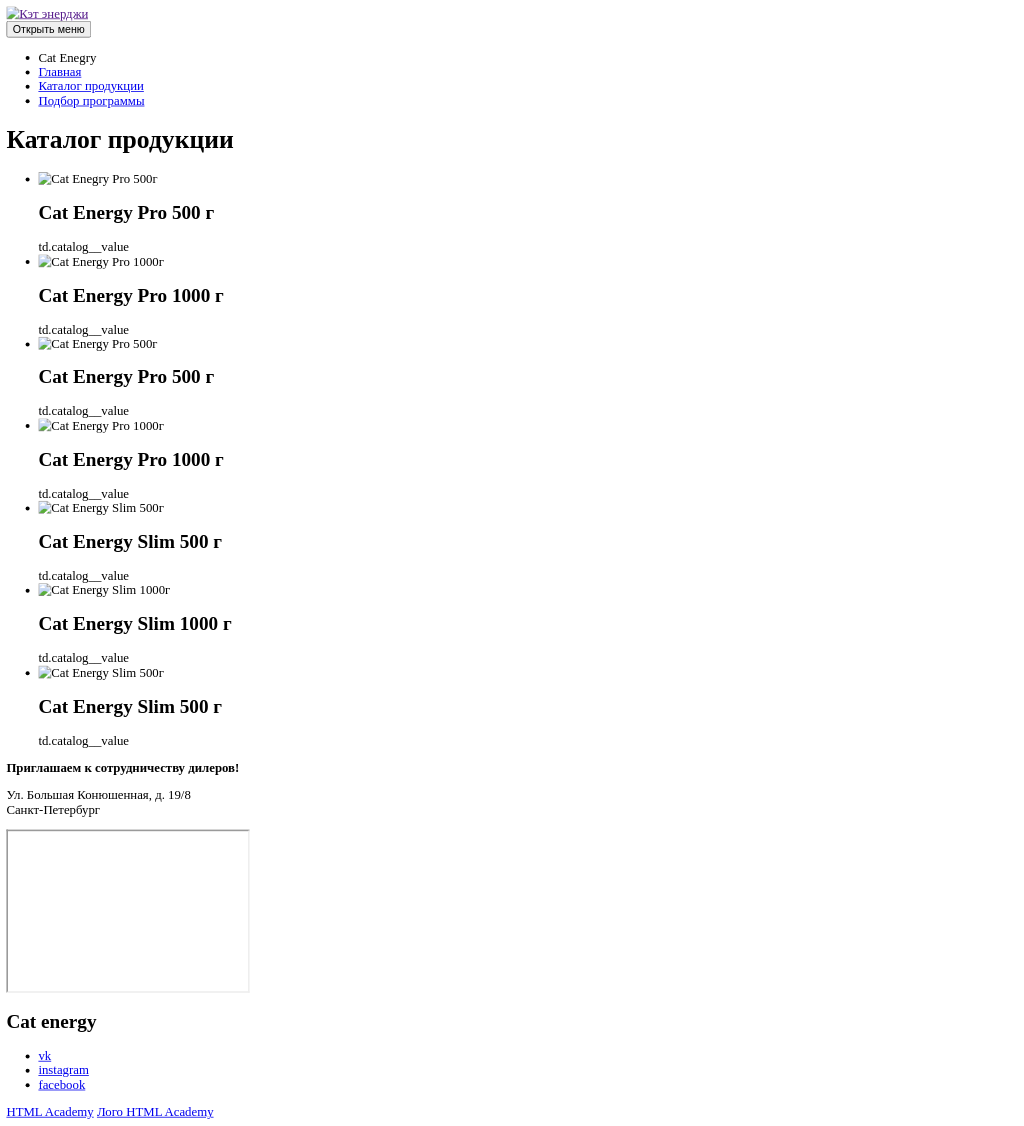
Repository: infernotw/1054987-cat-energy-17
Page: source/catalog.html
The author's editor kept a copy of each file at every save. The page is drawn from the files as they stood at one save, then again after the next save.
The browser window is 1280 px wide. The pictures show the whole page, at 80% of full size.

Above is the page before, as saved 2019-07-17 05:13:03.

After the next save:
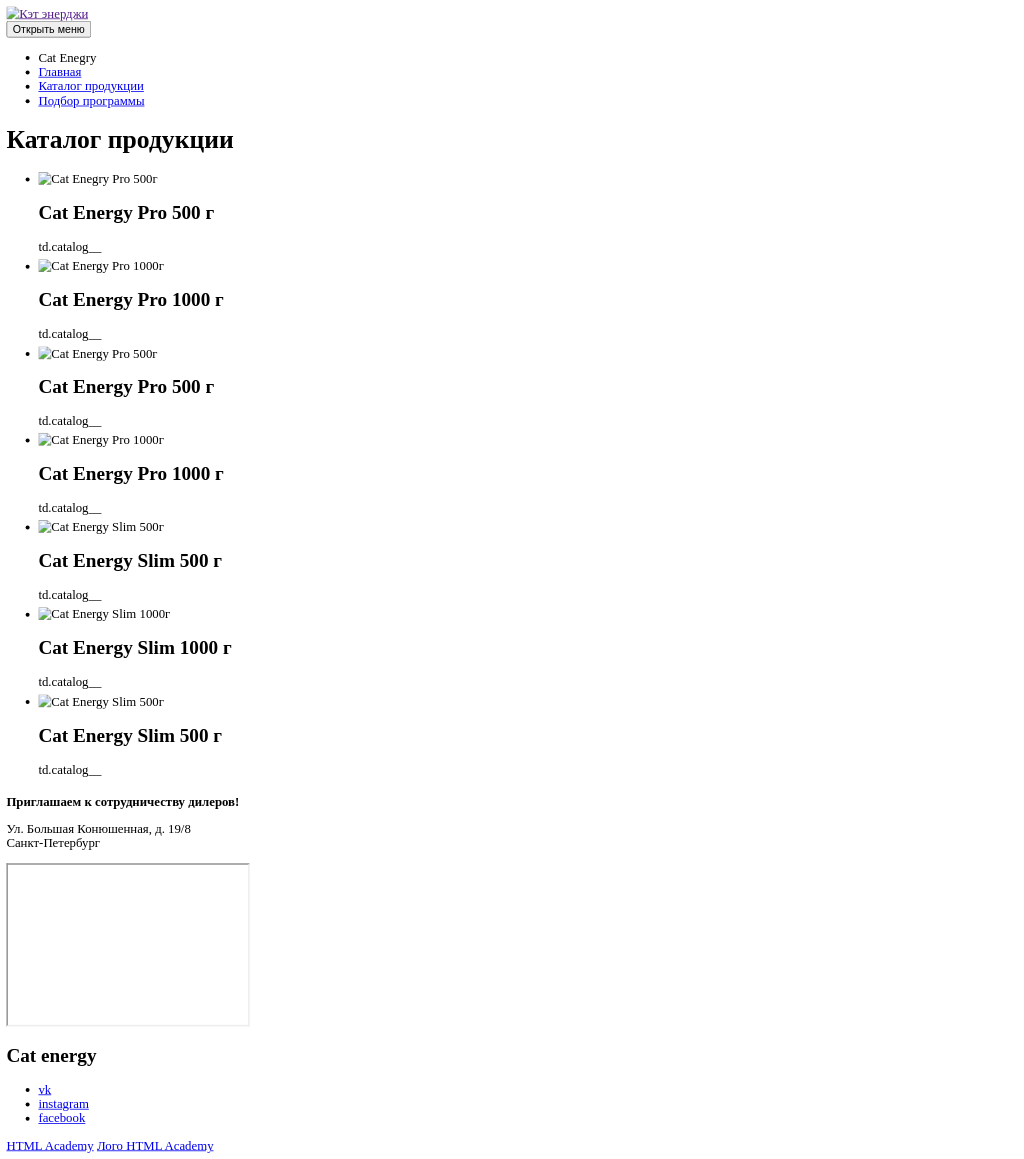
Saved 33 s later.
--- a/source/catalog.html
+++ b/source/catalog.html
@@ -43,7 +43,8 @@
             <h2 class="catalog__name">Cat Energy Pro 500 г</h2>
             <table class="catalog__about">
               <tr>
-                td.catalog__value
+                <td class="catalog__volume"></td>
+                td.catalog__
               </tr>
             </table>
           </li>
@@ -52,7 +53,8 @@
             <h2 class="catalog__name">Cat Energy Pro 1000 г</h2>
             <table class="catalog__about">
               <tr>
-                td.catalog__value
+                <td class="catalog__volume"></td>
+                td.catalog__
               </tr>
             </table>
           </li>
@@ -61,7 +63,8 @@
             <h2 class="catalog__name">Cat Energy Pro 500 г</h2>
             <table class="catalog__about">
               <tr>
-                td.catalog__value
+                <td class="catalog__volume"></td>
+                td.catalog__
               </tr>
             </table>
           </li>
@@ -70,7 +73,8 @@
             <h2 class="catalog__name">Cat Energy Pro 1000 г</h2>
             <table class="catalog__about">
               <tr>
-                td.catalog__value
+                <td class="catalog__volume"></td>
+                td.catalog__
               </tr>
             </table>
           </li>
@@ -79,7 +83,8 @@
             <h2 class="catalog__name">Cat Energy Slim 500 г</h2>
             <table class="catalog__about">
               <tr>
-                td.catalog__value
+                <td class="catalog__volume"></td>
+                td.catalog__
               </tr>
             </table>
           </li>
@@ -88,7 +93,8 @@
             <h2 class="catalog__name">Cat Energy Slim 1000 г</h2>
             <table class="catalog__about">
               <tr>
-                td.catalog__value
+                <td class="catalog__volume"></td>
+                td.catalog__
               </tr>
             </table>
           </li>
@@ -97,7 +103,8 @@
             <h2 class="catalog__name">Cat Energy Slim 500 г</h2>
             <table class="catalog__about">
               <tr>
-                td.catalog__value
+                <td class="catalog__volume"></td>
+                td.catalog__
               </tr>
             </table>
           </li>
